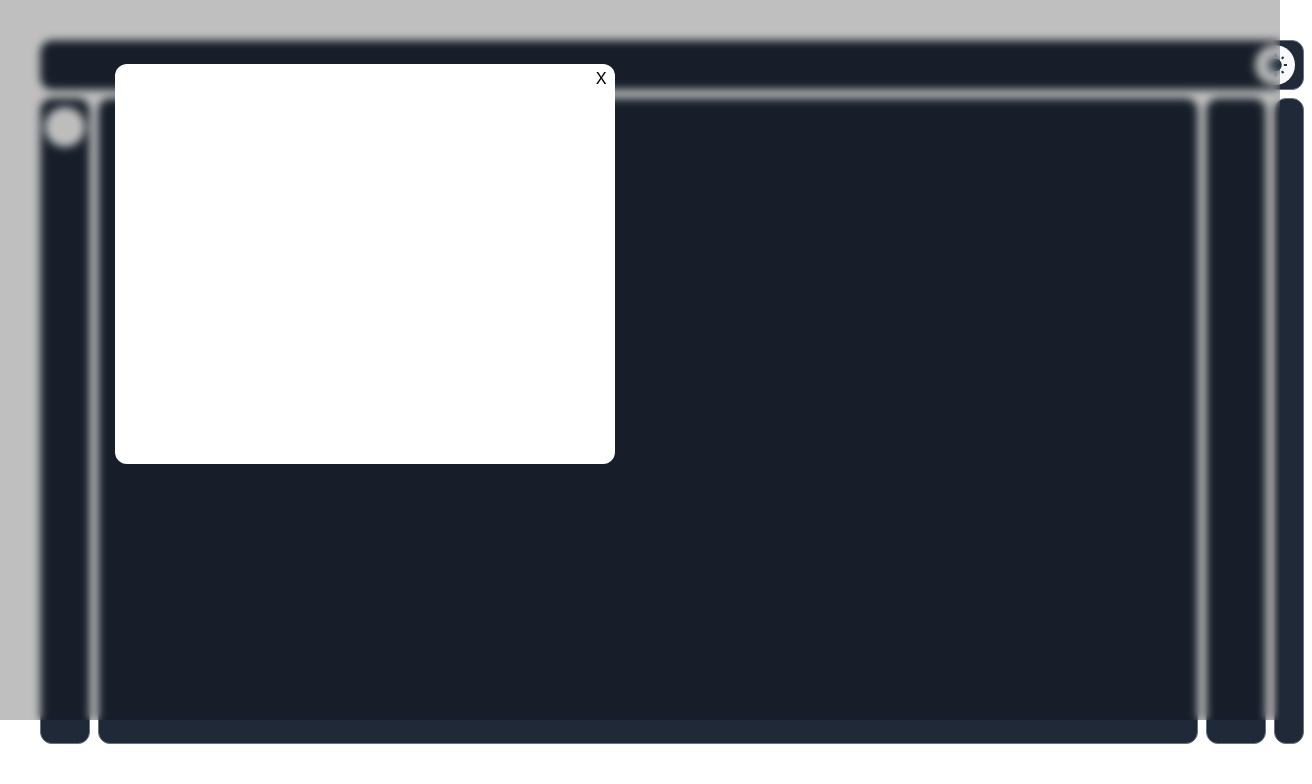
Repository: Wuiserous/Todo-App
Page: /, after clicking the first element matching `button.w-10`
These files come from the project's save history. The page is drawn as it stood at one moment and after a run of saves; the edit follows.
The browser window is 1280 px wide. The page is 1312 px wide, so the pictures cover 1312 px, including what lies to the right of the window. The pictures show the whole page.
The project was rebuilt for these pictures with package versions that can differ from the ones it lists, and the page was loaded fresh each time. Also part of the build but not shown: vite.config.js.

Above is the page before, as saved 2024-11-10 12:42:34.

### src/index.css
/* src/index.css */
@tailwind base;
@tailwind components;
@tailwind utilities;

:root {
  font-family: Inter, system-ui, Avenir, Helvetica, Arial, sans-serif;
  line-height: 1.5;
  font-weight: 400;

  color-scheme: light dark;
  color: rgba(255, 255, 255, 0.87);
  background-color: black;

  font-synthesis: none;
  text-rendering: optimizeLegibility;
  -webkit-font-smoothing: antialiased;
  -moz-osx-font-smoothing: grayscale;
}

a {
  font-weight: 500;
  color: #646cff;
  text-decoration: inherit;
}
a:hover {
  color: #535bf2;
}

h1 {
  font-size: 3.2em;
  line-height: 1.1;
}


button:hover {
  border-color: #646cff;
}
button:focus,
button:focus-visible {
  outline: 4px auto -webkit-focus-ring-color;
}

@media (prefers-color-scheme: light) {
  :root {
    color: #213547;
    background-color: #ffffff;
  }
  a:hover {
    color: #747bff;
  }
  button {
    background-color: #f9f9f9;
  }
}

### src/App.jsx
import { useState } from 'react'
import './App.css'
import { MdWbSunny } from "react-icons/md";
import { AiFillMoon } from "react-icons/ai";
import { IoMdAddCircle } from "react-icons/io";
import ToolBar from './components/ToolBar'
import NavBar from './components/NavBar'
import TaskSpace from './components/TaskSpace'
import Modal from './components/Modal'
import ProgressSpace from './components/ProgressSpace'
import MotivationSpace from './components/MotivationSpace'

function App() {
  const [darkMode, setDarkMode] = useState(false)
  const [showModal, setShowModal] = useState(false)
  const hideModal = () => setShowModal(false)
  return (
    <div className='w-[100vw] overflow-hidden p-2 gap-2 h-[100vh] grid grid-cols-[50px_1100px_60px_1fr] grid-rows-[50px_1fr_1fr_1fr]'>
      <ToolBar bgColor={darkMode?'bg-gray-100' : 'bg-gray-800'} Button={<button className="w-10 focus:outline-none h-10 rounded-full flex items-center justify-center" onClick={() => setShowModal(true)}><IoMdAddCircle className={`${darkMode ? 'text-black' : 'text-white'}`} size={40} /></button>} />
      <NavBar Button={<button className="w-10 h-10 focus:outline-none rounded-full flex items-center justify-center" onClick={() => setDarkMode(!darkMode)}>{darkMode ? <AiFillMoon className='text-black' size={25} /> : <MdWbSunny size={25} />}</button>} bgColor={darkMode?'bg-gray-100' : 'bg-gray-800' }/>
      <TaskSpace bgColor={darkMode?'bg-gray-100' : 'bg-gray-800' } />
      <ProgressSpace bgColor={darkMode?'bg-gray-100' : 'bg-gray-800' } />
      <MotivationSpace bgColor={darkMode?'bg-gray-100' : 'bg-gray-800' } />
      <Modal Show={showModal} hide={hideModal} />
    </div>
  )
}

export default App

### src/components/ToolBar.jsx
export default function ToolBar(props) {
    return (
      <div className={`border ${props.bgColor} border-gray-500 p-2 flex justify-center rounded-xl col-span-1 row-start-2 row-end-5`}>
        {props.Button}
      </div>
    )
}

### src/components/NavBar.jsx
import { useState } from 'react'

export default function NavBar(props) {
    return (
      <div className={`rounded-xl col-span-4 border ${props.bgColor} border-gray-500 flex items-center justify-end p-2`}>
        {props.Button}
      </div>
    )
}

### src/components/TaskSpace.jsx
export default function TaskSpace(props) {
    return (
      <div className={`rounded-xl col-start-2 row-start-2 row-end-5 border ${props.bgColor} border-gray-500`}></div>
    )
}

### src/components/Modal.jsx
import { useState, useEffect } from "react";

export default function Modal(props) {
    const [isVisible, setIsVisible] = useState(false);

    useEffect(() => {
        if (props.Show) {
            // Trigger animation when modal is shown
            setIsVisible(true);
        } else {
            // Reset visibility state when modal is hidden
            setIsVisible(false);
        }
    }, [props.Show]);

    if (!props.Show) return null;

    const hide = (e) => {
        if (e.target.id === "wrapper") props.hide();
    };

    return (
      <div
        className="fixed inset-0 bg-black bg-opacity-25 backdrop-blur-sm"
        id="wrapper"
        onClick={hide}
      >
        <div
          className={`relative w-[500px] top-16 left-[9%] h-[400px] bg-white rounded-xl flex flex-col justify-center items-center text-black transform transition-all duration-500 ${
            isVisible ? "scale-100 opacity-100" : "scale-50 opacity-0"
          }`}
        >
          <button
            onClick={props.hide}
            className="absolute top-1 right-1 w-5 h-5 p-2 flex items-center justify-center rounded-full focus:outline-none bg-transparent text-black"
          >
            X
          </button>
        </div>
      </div>
    );
}

### src/components/ProgressSpace.jsx
export default function ProgressSpace(props) {
    return (
      <div className={`rounded-xl row-start-2 row-end-5 col-start-3 col-end-4 border ${props.bgColor} border-gray-500`}></div>
    )
}

### src/components/MotivationSpace.jsx
export default function MotivationSpace(props) {
    return (
      <div className={`rounded-xl row-start-2 row-end-5 col-start-4 col-end-4 col-span-3 border ${props.bgColor} border-gray-500`}></div>
    )
}

Loaded but not shown: src/main.jsx (common file); src/App.css (common file); tailwind.config.js (common file)

After the next 2 saves:
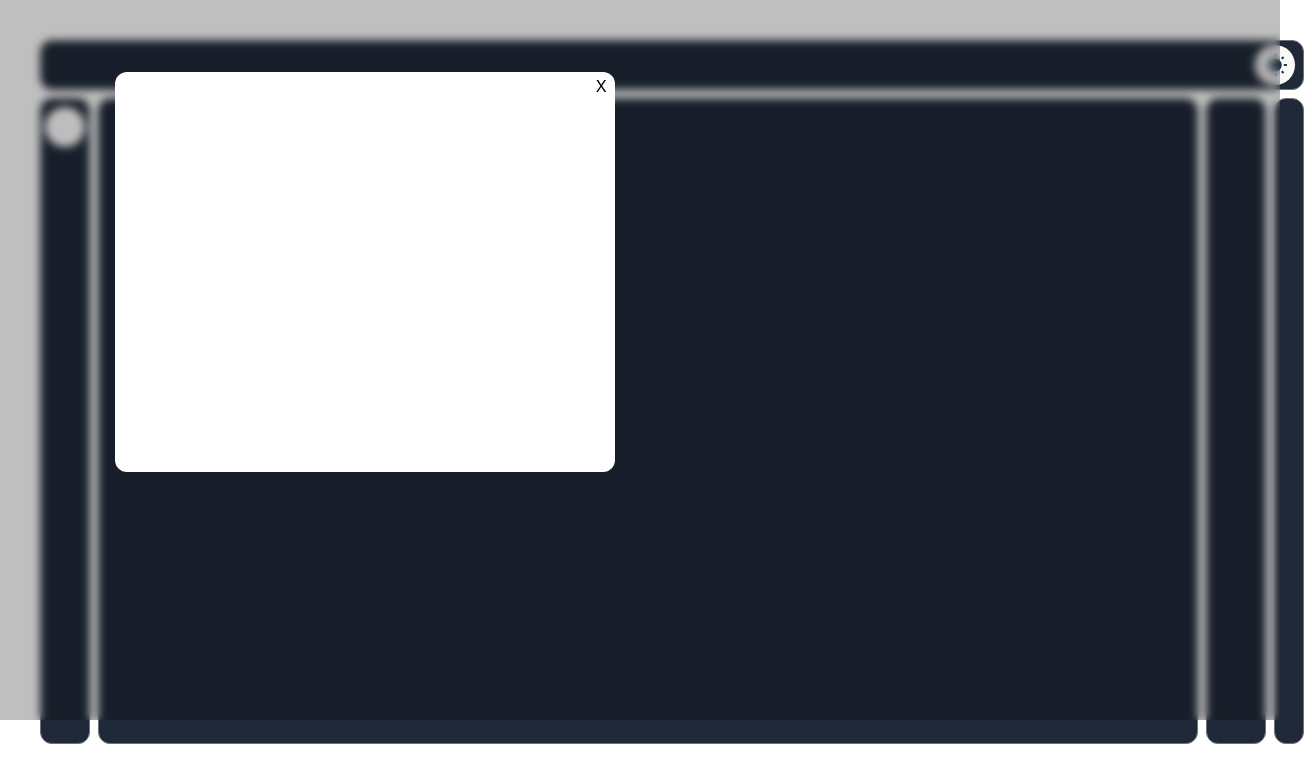
The 2 saves are shown as one change because they came seconds apart.
The last was saved 10 s later.
--- a/src/components/Modal.jsx
+++ b/src/components/Modal.jsx
@@ -26,7 +26,7 @@ export default function Modal(props) {
         onClick={hide}
       >
         <div
-          className={`relative w-[500px] top-16 left-[9%] h-[400px] bg-white rounded-xl flex flex-col justify-center items-center text-black transform transition-all duration-500 ${
+          className={`relative w-[500px] top-[10%] left-[9%] h-[400px] bg-white rounded-xl flex flex-col justify-center items-center text-black transform transition-all duration-500 ${
             isVisible ? "scale-100 opacity-100" : "scale-50 opacity-0"
           }`}
         >
